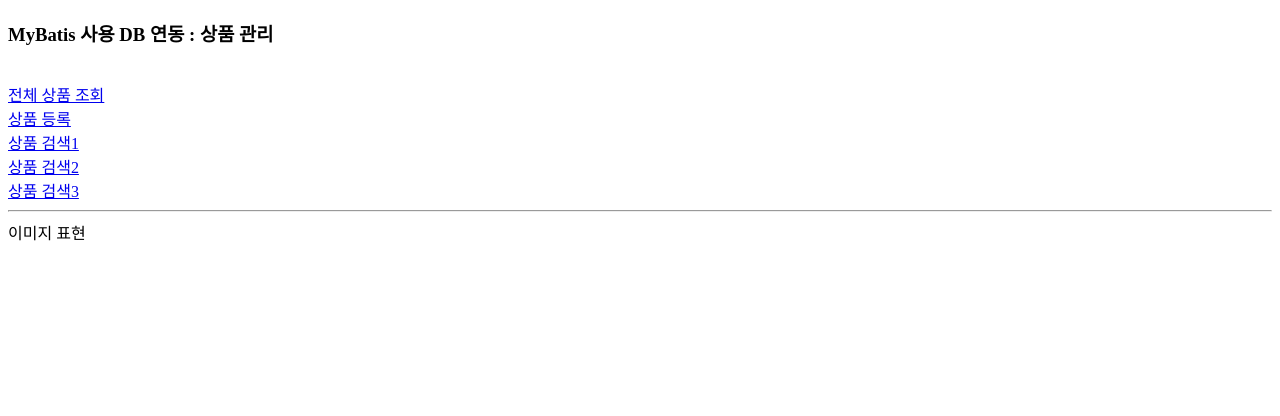
Repository: dddo3421/springBoot
Page: http://localhost/spring_boot_mybatis/WEB-INF/views/index.jsp
An editor plug-in stored every save of this project. The page is shown before and after a run of saves, followed by the edit.
The browser window is 1280 px wide. The pictures show the whole page.
The page is served by Tomcat 10. Nobody is signed in. Other server files are loaded and not shown. The template is opened directly, without the code that normally fills it, so the values that code supplies are empty.

Above is the page before, as saved 2025-09-30 00:40:03.

### spring_boot_mybatis/src/main/webapp/WEB-INF/views/index.jsp
<%@ page language="java" contentType="text/html; charset=UTF-8"
    pageEncoding="UTF-8"%>
<%@ taglib uri="http://java.sun.com/jsp/jstl/core" prefix="c" %>
<!DOCTYPE html>
<html>
	<head>
		<meta charset="UTF-8">
		<title>index 페이지</title>
	</head>
	<body>
		<h3>MyBatis 사용 DB 연동 : 상품 관리</h3><br>

		<a href="<c:url value='/product/listAllProduct'/>">전체 상품 조회</a><br>
		<a href="<c:url value='/product/newProductForm'/>">상품 등록</a><br>
		<a href="<c:url value='/product/productSearchForm1'/>">상품 검색1</a><br>
		<a href="<c:url value='/product/productSearchForm2'/>">상품 검색2</a><br>
		<a href="<c:url value='/product/productSearchForm3'/>">상품 검색3</a><br>
		<hr>
		이미지 표현<br>
		<img src='<c:url value='image/apple.png'/>><br>
		<hr
		<h3>Ajax연습</h3>
		<a href="<c:url value='/loginForm'/>">로그인</a><br>
		<a href="<c:url value='/loginForm2'/>">로그인2</a><br>



</body>
</html>

After the next 4 saves:
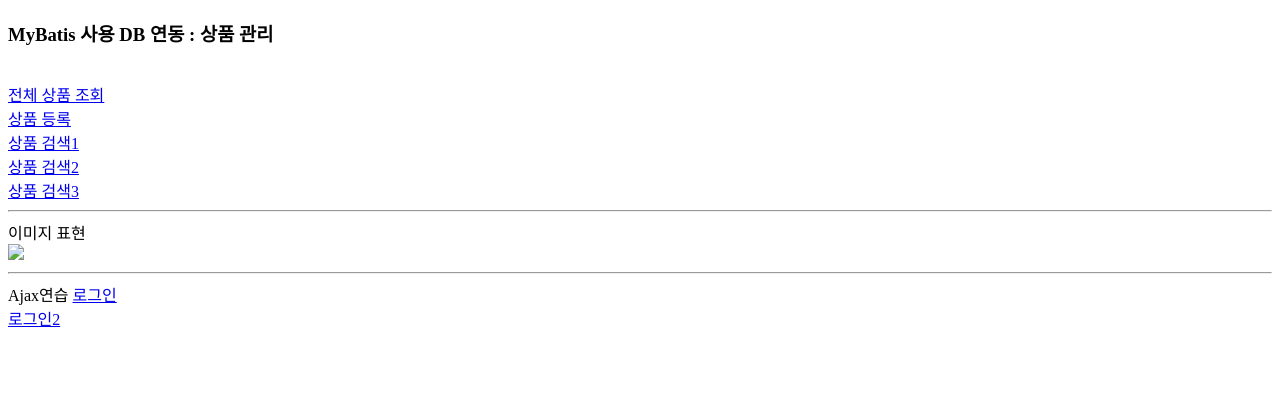
Not found: spring_boot_mybatis/spring_boot_mybatis/WEB-INF/views/image/apple.png
The 4 saves are shown as one change because 1 did not build or start and some came seconds apart.
The last was saved 12 s later.
--- a/spring_boot_mybatis/src/main/webapp/WEB-INF/views/index.jsp
+++ b/spring_boot_mybatis/src/main/webapp/WEB-INF/views/index.jsp
@@ -17,7 +17,7 @@
 		<a href="<c:url value='/product/productSearchForm3'/>">상품 검색3</a><br>
 		<hr>
 		이미지 표현<br>
-		<img src='<c:url value='image/apple.png'/>><br>
+		<img src="<c:url value='image/apple.png'/>"><br>
 		<hr
 		<h3>Ajax연습</h3>
 		<a href="<c:url value='/loginForm'/>">로그인</a><br>

After the save that followed:
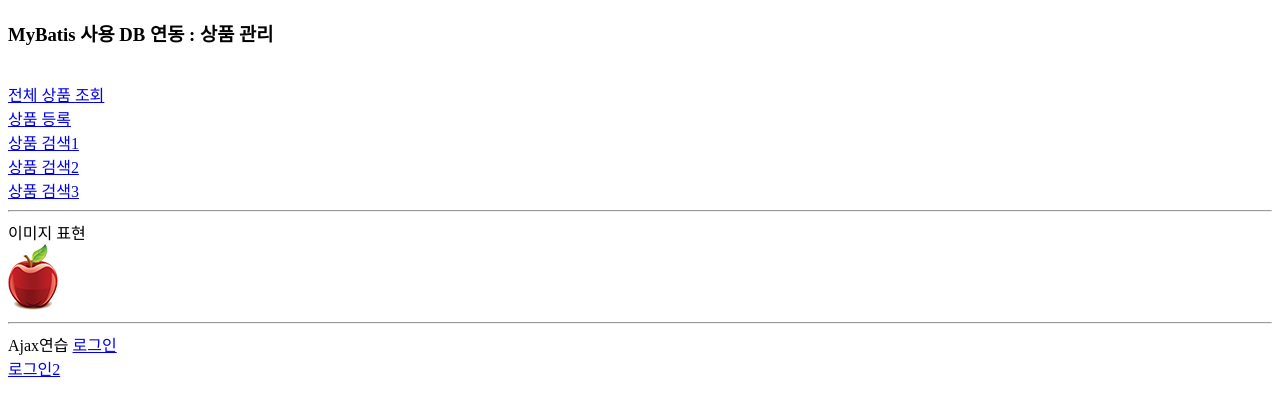
Saved 46 s later.
--- a/spring_boot_mybatis/src/main/webapp/WEB-INF/views/index.jsp
+++ b/spring_boot_mybatis/src/main/webapp/WEB-INF/views/index.jsp
@@ -17,7 +17,7 @@
 		<a href="<c:url value='/product/productSearchForm3'/>">상품 검색3</a><br>
 		<hr>
 		이미지 표현<br>
-		<img src="<c:url value='image/apple.png'/>"><br>
+		<img src="<c:url value='/image/apple.png'/>" /><br>
 		<hr
 		<h3>Ajax연습</h3>
 		<a href="<c:url value='/loginForm'/>">로그인</a><br>
